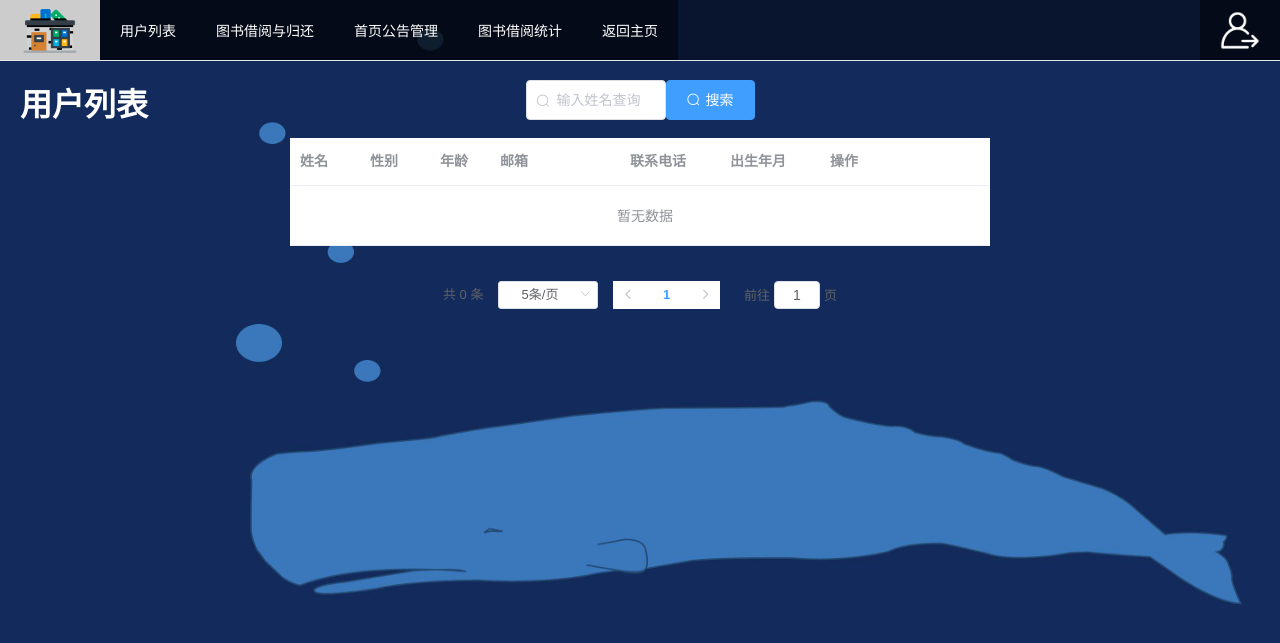
Repository: Akron-xz/helloVue
Page: /#/newissue (app in vue-library/)
The author's editor kept a copy of each file at every save. The page is drawn from the files as they stood at one save, then again after the next save.
The browser window is 1280 px wide. The pictures show the whole page.
The page's requests for data from a server got no answer. The project was rebuilt for these pictures with package versions that can differ from the ones it lists, and the page was loaded fresh each time. No one was signed in, and anything a server would have sent is missing. Also part of the build but not shown: vue-library/src/components/homeNav.vue, vue-library/src/views/Home.vue.

Above is the page before, as saved 2020-11-25 15:47:46.

### vue-library/src/main.js
import Vue from 'vue'
import App from './App.vue'
import ElementUI from 'element-ui';
import 'element-ui/lib/theme-chalk/index.css';
import axios from "axios"
import router from './router'
import Router from 'vue-router'

const routerPush = Router.prototype.push
Router.prototype.push = function push(location) {
    return routerPush.call(this, location).catch(error => error)
}

Vue.config.productionTip = false
Vue.use(ElementUI);
Vue.prototype.$axios = axios;


new Vue({
    router,
    render: h => h(App)
}).$mount('#app')

### vue-library/src/router/index.js
import Vue from 'vue'
import VueRouter from 'vue-router'
import Home from '../views/Home.vue'


Vue.use(VueRouter)

const routes = [{
        path: '/',
        name: 'Home',
        component: Home
    },
    {
        path: '/about',
        name: 'About',
        // route level code-splitting
        // this generates a separate chunk (about.[hash].js) for this route
        // which is lazy-loaded when the route is visited.
        component: () =>
            import ( /* webpackChunkName: "about" */ '../views/About.vue')
    },
    {
        path: '/admin',
        name: 'Admin',
        // route level code-splitting
        // this generates a separate chunk (about.[hash].js) for this route
        // which is lazy-loaded when the route is visited.
        component: () =>
            import ( /* webpackChunkName: "about" */ '../views/Administrator.vue')
    },
    {
        path: "/userLogin",
        name: "UserLogin",
        component: () =>
            import ('../views/UserLogin.vue')
    },
    {
        path: "/user",
        name: "User",
        component: () =>
            import ( /* webpackChunkName: "about" */ '../views/User.vue')
    },
    {
        path: "/signup",
        name: "SignUp",
        component: () =>
            import ('../views/SignUp.vue')
    },
    {
        path: "/adminmain",
        name: "AdminMain",
        component: () =>
            import ('../views/AdminMain.vue')
    },
    {

        path: "/MyInformation",
        name: "MyInformation",
        component: () =>
            import ('../views/MyInformation.vue')
    },
    {
        path: "/library",
        name: "Library",
        component: () =>
            import ( /* webpackChunkName: "about" */ '../views/Library.vue')

    },
    {
        path: "/modifymsg",
        name: "ModifyMsg",
        component: () =>
            import ('../views/ModifyMsg.vue')
    },
    {
        path: "/borrowhistory",
        name: "BorrowHistory",
        component: () =>
            import ('../views/BorrowHistory.vue')
    },
    {
        path: "/newissue",
        name: "NewIssue",
        component: () =>
            import ('../views/NewIssue.vue')
    },
    {
        path: "/booksearch",
        name: "BookSearch",
        component: () =>
            import ('../views/BookSearch.vue')
    },
    {
        path: "/MyBookshelves",
        name: "MyBookshelves",
        component: () =>
            import ('../views/MyBookshelves.vue')
    },
    {
        path: "/modifyAnnounce",
        name: "ModifyAnnounce",
        component: () =>
            import ('../views/ModifyAnnounce.vue')
    },
    {
        path: "/statistics",
        name: "Statistics",
        component: () =>
            import ('../views/Statistics.vue')
    },


]

const router = new VueRouter({
    routes
})

export default router

### vue-library/src/views/NewIssue.vue
<template>
  <div class="new-issue-container">
    <!-- 导航栏 -->
    <div>
      <navigation></navigation>
    </div>
    <br />
    <!-- 标题 -->
    <h1 class="newIssue-title">用户列表</h1>
    <!-- 展示简略表格 -->
    <!-- <div class="table-div" v-show="!dispalyInfo"> -->
    <div class="table-div">
      <el-input
        placeholder="输入姓名查询"
        prefix-icon="el-icon-search"
        v-model="searchContent"
        @keyup.enter.native="search"
        style="width: 20%"
      >
      </el-input>
      <el-button
        type="primary"
        icon="el-icon-search"
        @click="search"
        >搜索</el-button
      >
      <br />
      <br />
      <el-table
        :data="
          lists.slice(
            (page.currentPage - 1) * page.pageSize,
            page.currentPage * page.pageSize
          )
        "
        max-height="315"

      >
        <el-table-column prop="name" label="姓名" width="70">
        </el-table-column>
        <el-table-column prop="sexStr" label="性别" width="70">
        </el-table-column>
        <el-table-column prop="age" label="年龄" width="60"> </el-table-column>
        <el-table-column prop="email" label="邮箱" width="130">
        </el-table-column>
         <!-- <el-table-column prop="password" label="密码" width="300">
        </el-table-column> -->
        <el-table-column prop="phone" label="联系电话" width="100">
        </el-table-column>
        <el-table-column prop="birthdayStr" label="出生年月" width="100">
        </el-table-column>
        <el-table-column label="操作" width="180">
          <template slot-scope="scope">
            <el-button type="primary" size="mini" @click="retrieve(scope.row)"
              >查看</el-button
            >
            <el-button type="primary" size="mini" @click="deleteById(scope.row)"
              >注销</el-button
            >
          </template>
        </el-table-column>
      </el-table>
      <br />
      <!-- 分页器 -->
      <div class="block" style="margin-top: 15px">
        <el-pagination
          align="center"
          @size-change="handleSizeChange"
          @current-change="handleCurrentChange"
          :current-page="page.currentPage"
          :page-sizes="[1, 5, 10, 20]"
          :page-size="page.pageSize"
          layout="total, sizes, prev, pager, next, jumper"
          :total="lists.length"
           style="cursor:pointer;"
            title="回车确认"
        >
        </el-pagination>
      </div>
    </div>
    <!-- 个人完整信息（第1种）v-show -->
    <div v-show="false">
      <br />
      <el-button type="primary" icon="el-icon-back" @click="goBack"
        >返回</el-button
      >
      <br />
      <br />
      <el-table :data="userData">
        <el-table-column prop="name" label="姓名" width="80"> </el-table-column>
        <el-table-column prop="sex" label="性别" width="60"> </el-table-column>
        <el-table-column prop="age" label="年龄" width="60"> </el-table-column>
        <el-table-column prop="email" label="邮箱" width="140">
        </el-table-column>
        <el-table-column prop="password" label="密码" width="140">
        </el-table-column>
        <el-table-column prop="birthday" label="出生年月" width="200">
        </el-table-column>
        <el-table-column prop="phone" label="联系电话" width="140">
        </el-table-column>
        <el-table-column prop="address" label="居住地址" width="140">
        </el-table-column>
        <el-table-column prop="introduction" label="个人描述" width="100">
        </el-table-column>
        <el-table-column prop="identity" label="身份" width="100">
        </el-table-column>
      </el-table>
    </div>

    <!-- 个人完整信息（第2种）对话框 -->
    <div>
      <el-dialog title="借阅历史"
        :visible.sync="dispalyInfo"
        :append-to-body="true"
        :modal-append-to-body="false"
        :center="true">
        <el-table :data="borrowHistory">

        <el-table-column prop="book.bookName" label="书名" width="80"> </el-table-column>
        <el-table-column prop="borrowTimeStr" label="借阅时间" width="160"> </el-table-column>
        <el-table-column prop="deadlineStr" label="截止日期" width="160"> </el-table-column>
        <el-table-column prop="validTime" label="有效期" width="80"> </el-table-column>
        <el-table-column prop="returnTimeStr" label="归还时间" width="160"> </el-table-column>
        <el-table-column prop="borrowStatesStr" label="状态" width="80"> </el-table-column>

      </el-table>
      </el-dialog>
    </div>
  </div>
</template>

<script>
import Navigation from "@/components/Nav.vue";

import axios from "axios";

export default {
  name: "newIssue",

  components: {
    Navigation,
  },

  data() {
    return {
      dispalyInfo: false,
      searchContent: "",
      userData: [],
      borrowHistory:[],
      pageSize: 5,
      total: 10,
      tableData: [
        { userId: 1, name: "test1", sex: "1", age: "1", email: "111@qq.com" },
        { userId: 2, name: "test2", sex: "2", age: "2", email: "222@qq.com" },
        { userId: 3, name: "test3", sex: "3", age: "3", email: "333@qq.com" },
      ],

      lists: [],

      page: {
        currentPage: 1, // 当前页码
        total: 20, // 总条数
        pageSize: 5, // 每页的数据条数
      },
    };
  },
  methods: {

    //输入姓名模糊搜索
    search() {
      if (this.searchContent=="") {
        this.$message({
          message: '请输入需要查询的信息。',
          type: 'error'
        });
        return 0;
      }
      let searchContent = this.searchContent;
      axios({
        method: "get",
        url:
          "http://localhost:8081/user/selectUserByVagueName/" + searchContent,
      })
        .then((res) => {
          // 接收数据
          this.lists = res.data;
          console.log(this.lists)

        })
        .catch(function (error) {
          //请求失败
          console.log("error...", error);
        });
    },
    //查看个人信息
    retrieve(row) {
      // console.log(row);
      this.dispalyInfo = !this.dispalyInfo;
      this.userData = [row];
      console.log(this.userData[0].userId);
      axios({
        method:"get",
        url:"http://localhost:8081/user/selectBorrowHistory",
        params:{
          userId:this.userData[0].userId
        }
      }).then(res=>{
          this.borrowHistory=res.data;
          console.log(this.borrowHistory);
      })
    },
    //删除某个用户
    deleteById(row) {
      console.log(row);
      const userId = parseInt(row.userId);
      // const id=row.i
      // axios()
      console.log(userId);
      axios({
        method: "post",
        url: "http://localhost:8081/user/deleteUser/" + userId,
        // data() {
        //   userId : userId
        // },
      }).then(res=>{this.$message({
        message: res.data,

      });})


      this.getLists();
    },
    //返回
    goBack() {
      this.dispalyInfo = !this.dispalyInfo;
    },
    handleSizeChange(val) {
      console.log(`每页 ${val} 条`);
      this.page.currentPage = 1;
      this.page.pageSize = val;
    },
    handleCurrentChange(val) {
      console.log(`当前页: ${val}`);
      this.page.currentPage = val;
    },
    //获取 lists json 数据
    getLists() {
      axios({
        //get方式获取数据
        method: "get",
        //接口地址
        url: "http://localhost:8081/user/selectAllUser",
      })
        .then((res) => {
          //请求数据 res 返回的数据
          console.log(res);

          let list = res.data;
          //列表数据
          this.lists = list;
          //检查数据是否能正常接受1
          // console.log("json", this.lists);
        })
        .catch(function (error) {
          //请求失败
          console.log("error...", error);
        });
    },
  },

  // created() {
  //   this.getLists();
  // },

  mounted() {
    //生命周期钩子函数  挂载完成
    this.getLists();
  },
};
</script>

<style scoped>
.new-issue-container {
  position: fixed;
  left: 0;
  top: 0;
  width: 100%;
  height: 100%;
  background-image: url(/img/divBg/bg34.jpg);
  background-size: 100% 100%;
}

a {
  font-size: 18px;
  text-decoration: none;
}

.table-div {
  width: 700px;
  margin: auto;
  position: absolute;
  top: 80px;
  left: 0;
  right: 0;
  bottom: 0;
}

.newIssue-title {
  margin-top: 0px;
  margin-left: 20px;
  text-align: left;
  font-size: 32px;
  color: white;
}
</style>

### vue-library/src/components/Nav.vue
<template>

     <div class="navigation-bar">
      <el-menu
        class="el-menu-demo"
        mode="horizontal"
        @select="handleSelect"
        background-color="#00000080"
        text-color="#ffffff"
        text-font="15px">

        <el-menu-item @click="toMain">
                <img src="/img/libraryIcon.png" alt="" target="_self" class="libraryIcon">
            </el-menu-item>

        <el-menu-item index="1" @click="toSearchClient">
          <a  target="_self"  >用户列表</a></el-menu-item
        >
        <el-menu-item index="2" @click="toBooks">
          <a  target="_self">图书借阅与归还</a>
        </el-menu-item>

        <el-menu-item index="3" @click="toAnnounce">
          <a  target="_self">首页公告管理</a>
        </el-menu-item>
        <el-menu-item index="4" @click="toStatistics">
          <a  target="_self">图书借阅统计</a></el-menu-item
        >
        <el-menu-item index="5" @click="toHome">
          <a  target="_self">返回主页</a>
        </el-menu-item>

        <el-menu-item index="6" class="exitIcon">
                <img src="/img/logoutIconWhite.png" alt="" target="_self" class="logoutIcon">
        </el-menu-item>

      </el-menu>

    </div>
</template>

<script>
export default {
    name:"Nav",
    data() {
      return {
        activeIndex: '1'
      }
    },
    methods: {
    handleSelect(key, keyPath) {
      console.log(key, keyPath);
    },
    toMain(){
      this.$router.push({path:'/adminmain'});
    },

    toSearchClient(){
      this.$router.push({path:'/newissue'});
    },
    toSearchFile(){
      this.$router.push({path:'/signup'});
    },
    toAnnounce(){
      this.$router.push({path:'/modifyannounce'});
    },
    toBooks(){
      this.$router.push({path:'/booksearch'});
    },
    toStatistics(){
      this.$router.push({path:'/Statistics'});
    },
    toHome(){
      this.$router.push({path:'/'});
    },


  },

}
</script>>

<style scoped>
.libraryIcon{
  height: 60px;
  width: 60px;
}

.exitIcon{
  float: right;
}

.logoutIcon{
  height: 40px;
  width: 40px;
}
</style>>

Loaded but not shown: vue-library/public/index.html (common file); vue-library/src/App.vue (common file)

After the next save:
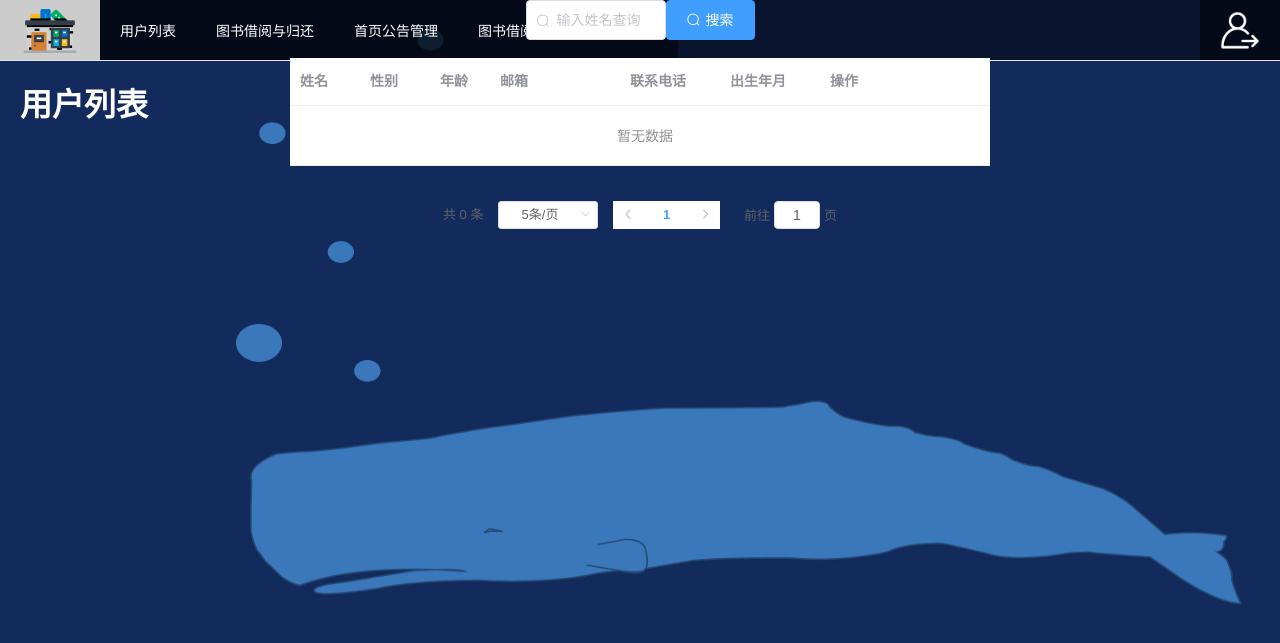
Saved 81 s later.
--- a/vue-library/src/views/NewIssue.vue
+++ b/vue-library/src/views/NewIssue.vue
@@ -299,7 +299,7 @@ a {
   width: 700px;
   margin: auto;
   position: absolute;
-  top: 80px;
+  top: 0px;
   left: 0;
   right: 0;
   bottom: 0;

After the save that followed:
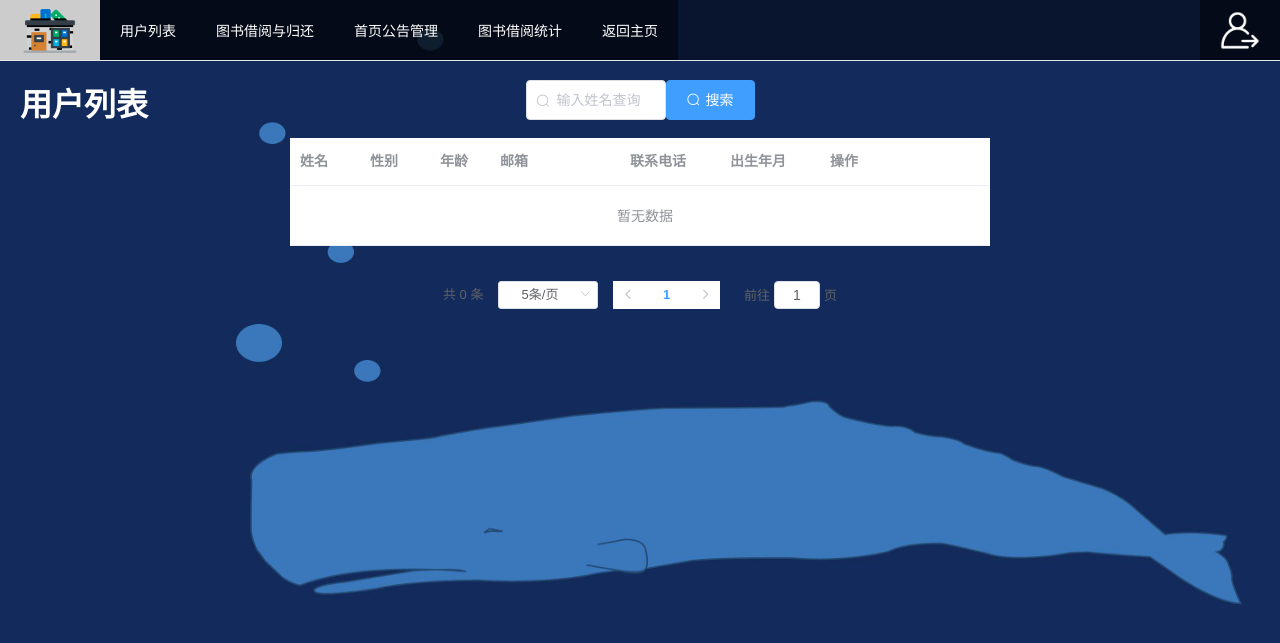
Saved 9 s later.
--- a/vue-library/src/views/NewIssue.vue
+++ b/vue-library/src/views/NewIssue.vue
@@ -299,7 +299,7 @@ a {
   width: 700px;
   margin: auto;
   position: absolute;
-  top: 0px;
+  top: 80px;
   left: 0;
   right: 0;
   bottom: 0;
